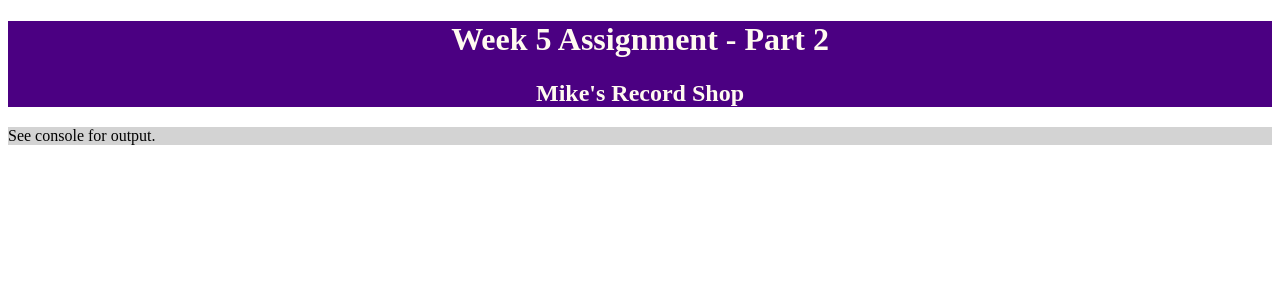
Repository: Ellusionism/prime-pw-week-5-assignment-part-2
Page: assignment/index.html
These files come from the project's save history. The page is drawn as it stood at one moment and after a run of saves; the edit follows.
The browser window is 1280 px wide. The pictures show the whole page.

Above is the page before, as saved 2022-11-24 18:56:00.
Not found: assignment/record.png

### assignment/index.html
<!DOCTYPE html>
<html>
  <head>
    <meta charset="utf-8">
    <title>Week 5 Assignment</title>
    <link rel="stylesheet" href="stylesheet.css">
  </head>
  <body>
    <header>
      <h1>Week 5 Assignment - Part 2</h1>
      <h2>Mike's Record Shop</h2>
    </header>
    <main>
    <p>See console for output.</p>
  </main>
    <!-- Create an unordered list with any questions you have -->
  </body>
</html>

### assignment/stylesheet.css
body{
background-image: url(record.png);
}

header {
  color: floralwhite;
  background-color: indigo;
  text-align: center;
}

main {
  background-color: lightgray;
  background-repeat: repeat;

}

After the next 3 saves:
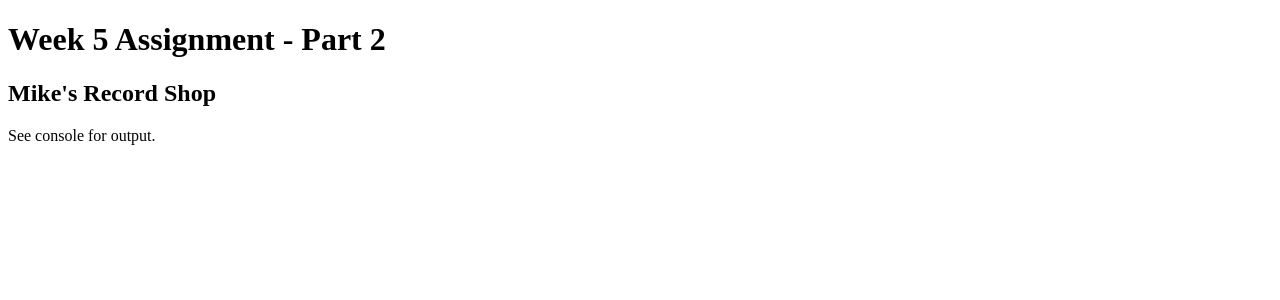
The 3 saves are shown as one change because they came seconds apart.
The last was saved 58 s later.
--- a/assignment/stylesheet.css
+++ b/assignment/stylesheet.css
@@ -1,5 +1,5 @@
 body{
-background-image: url(record.png);
+background-image: url("record.png);
 }
 
 header {
